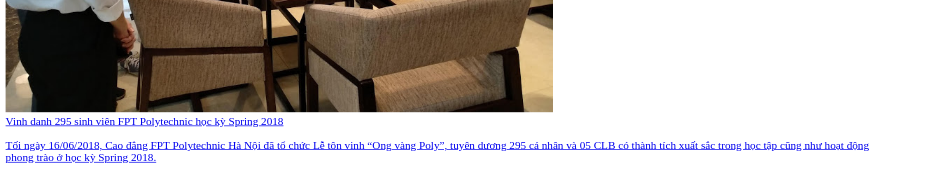
Repository: manhkkkk/assigntment
Page: index.html
An editor plug-in stored every save of this project. The page is shown before and after the next save, followed by the edit.
The browser window is 1280 px wide. The page is 1359 px wide, so the pictures cover 1359 px, including what lies to the right of the window. The pictures show the part of the page from y = 2565 to 4405 px (the page is 2816 px tall before and 4470 px after), at 70% of full size.

Above is the page before, as saved 2022-01-10 08:22:51.

### index.html
<!DOCTYPE html>
<html lang="en">
    <head>
        <meta charset="UTF-8" />
        <link rel="icon" type="image/svg+xml" href="favicon.svg" />
        <meta http-equiv="X-UA-Compatible" content="IE=edge" />
        <meta name="viewport" content="width=device-width, initial-scale=1.0" />
        <link rel="stylesheet" href="./style.css" />
        <title>Document</title>
    </head>
    <body>
        <header>
            <div class="container mx-auto px-4">
                <div class="bg-blue-900 mx-auto">
                    <img
                        src="./image/logo.png"
                        alt="website logo"
                        class="w-80 h-auto mx-auto"
                    />
                </div>
                <nav
                    class="flex justify-between items-center bg-orange-600 px-3 py-3"
                >
                    <ul
                        class="flex flex-row w-full justify-center items-center"
                        red
                        transitiongreen
                        duration-600
                        ease-in
                    >
                        <li
                            class="mx-12 text-white not-italic font-normal text-lg hover:text-green-500 transition duration-600 ease-in"
                        >
                            <a href="">Trang Chủ</a>
                        </li>
                        <li
                            class="mx-12 text-white not-italic font-normal text-lg hover:text-green-500 transition duration-600 ease-in"
                        >
                            <a href="">Tuyển Sinh</a>
                        </li>
                        <li
                            class="mx-12 text-white not-italic font-normal text-lg hover:text-green-500 transition duration-600 ease-in"
                        >
                            <a href="">Chương Trình Đào Tạo</a>
                        </li>
                        <li
                            class="mx-12 text-white not-italic font-normal text-lg hover:text-green-500 transition duration-600 ease-in"
                        >
                            <a href="">Góc Tuyển Sinh</a>
                        </li>
                        <li
                            class="mx-12 text-white not-italic font-normal text-lg hover:text-green-500 transition duration-600 ease-in"
                        >
                            <a href="">Tuyển Dụng</a>
                        </li>
                    </ul>
                    <div class="flex right-3">
                        <div>
                            <input
                                class="py-1 border-none px-2"
                                type="text"
                                placeholder="Search.."
                            />
                        </div>
                        <div class="pl-5">
                            <button
                                class="bg-blue-900 py-1 px-3 border-solid border border-white-900 text-white hover:bg-green-500 transition duration-600 ease-in"
                                type="submit"
                            >
                                Submit
                            </button>
                        </div>
                    </div>
                </nav>
                <div
                    class="w-full h-auto pt-4 bg-cover bg-center overflow-hidden"
                >
                    <img
                        class="mySlides w-full h-auto bg-cover bg-center relative"
                        src="./image/Banner1.png"
                    />
                    <img
                        class="mySlides w-full h-auto bg-cover bg-center relative"
                        src="./image/Banner2.png"
                    />
                </div>
            </div>
        </header>
        <section>
            <div class="container mx-auto px-4">
                <div class="py-5">
                    <span class="text-2xl font-bold text-blue-900"
                        >TIN TỨC HỌC TẬP</span
                    >
                </div>
                <div class="grid gap-4 grid-cols-3 grid-rows-3">
                    <article class="border border-sky-500 p-7">
                        <div>
                            <a href=""
                                ><img
                                    src="./image/im-3.png"
                                    class="w-full p-2 transform hover: transition duration-500 hover:scale-[1.1] overflow-hidden"
                            /></a>
                        </div>
                        <div>
                            <div class="py-3">
                                <span
                                    class="text-xl font-bold text-red-900 hover:text-green-500 transition duration-600 ease-in"
                                    ><a href="#">
                                        Vinh danh 295 sinh viên FPT Polytechnic
                                        học kỳ Spring 2018
                                    </a>
                                </span>
                            </div>
                            <p
                                class="text-justify not-italic text-base hover:text-green-500 transition duration-600 ease-in"
                            >
                                <a href="#">
                                    Tối ngày 16/06/2018, Cao đẳng FPT
                                    Polytechnic Hà Nội đã tổ chức Lễ tôn vinh
                                    “Ong vàng Poly”, tuyên dương 295 cá nhân và
                                    05 CLB có thành tích xuất sắc trong học tập
                                    cũng như hoạt động phong trào ở học kỳ
                                    Spring 2018.
                                </a>
                            </p>
                        </div>
                    </article>
                    <article class="border border-sky-500 p-7">
                        <div>
                            <a href=""
                                ><img
                                    src="./image/im-1.png"
                                    class="w-full p-2 transform hover: transition duration-500 hover:scale-[1.1] overflow-hidden"
                            /></a>
                        </div>
                        <div>
                            <div class="py-3">
                                <span
                                    class="text-xl font-bold text-red-900 hover:text-green-500 transition duration-600 ease-in"
                                    ><a href="#">
                                        Vinh danh 295 sinh viên FPT Polytechnic
                                        học kỳ Spring 2018
                                    </a>
                                </span>
                            </div>
                            <p
                                class="text-justify not-italic text-base hover:text-green-500 transition duration-600 ease-in"
                            >
                                <a href="#">
                                    Tối ngày 16/06/2018, Cao đẳng FPT
                                    Polytechnic Hà Nội đã tổ chức Lễ tôn vinh
                                    “Ong vàng Poly”, tuyên dương 295 cá nhân và
                                    05 CLB có thành tích xuất sắc trong học tập
                                    cũng như hoạt động phong trào ở học kỳ
                                    Spring 2018.
                                </a>
                            </p>
                        </div>
                    </article>

                    <article class="border border-sky-500 p-7">
                        <div>
                            <a href=""
                                ><img
                                    src="./image/im-3.png"
                                    class="w-full p-2 transform hover: transition duration-500 hover:scale-[1.1] overflow-hidden"
                            /></a>
                        </div>
                        <div>
                            <div class="py-3">
                                <span
                                    class="text-xl font-bold text-red-900 hover:text-green-500 transition duration-600 ease-in"
                                    ><a href="#">
                                        Vinh danh 295 sinh viên FPT Polytechnic
                                        học kỳ Spring 2018
                                    </a>
                                </span>
                            </div>
                            <p
                                class="text-justify not-italic text-base hover:text-green-500 transition duration-600 ease-in"
                            >
                                <a href="#">
                                    Tối ngày 16/06/2018, Cao đẳng FPT
                                    Polytechnic Hà Nội đã tổ chức Lễ tôn vinh
                                    “Ong vàng Poly”, tuyên dương 295 cá nhân và
                                    05 CLB có thành tích xuất sắc trong học tập
                                    cũng như hoạt động phong trào ở học kỳ
                                    Spring 2018.
                                </a>
                            </p>
                        </div>
                    </article>
                </div>
                <div>
                    <article></article>
                    <article></article>
                    <article></article>
                </div>
            </div>
        </section>
        <script type="module" src="./src/main.js"></script>
    </body>
</html>

### style.css
@tailwind base;
@tailwind components;
@tailwind utilities;
.mySlides {
    position: relative;
    animation: animateright 0.4s;
}
@keyframes animateright {
    from {
        right: -300px;
        opacity: 0;
    }
    to {
        right: 0;
        opacity: 1;
    }
}

### src/main.js
var myIndex = 0;
carousel();

function carousel() {
  var i;
  var x = document.getElementsByClassName("mySlides");
  for (i = 0; i < x.length; i++) {
    x[i].style.display = "none";
  }
  myIndex++;
  if (myIndex > x.length) {myIndex = 1}
  x[myIndex-1].style.display = "block";
  setTimeout(carousel, 3000);
}

After the next save:
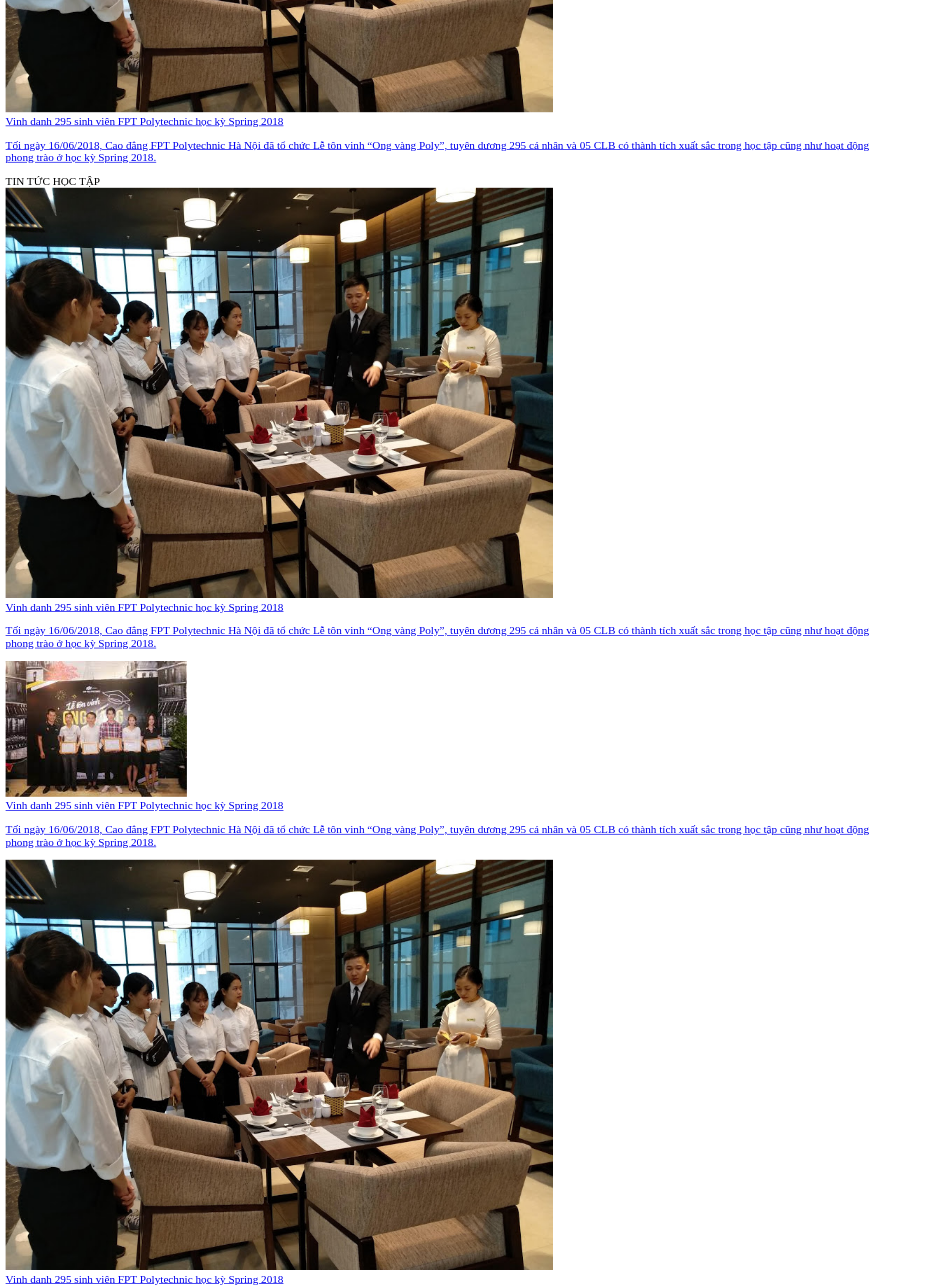
Saved 77 s later.
--- a/index.html
+++ b/index.html
@@ -192,10 +192,109 @@
                         </div>
                     </article>
                 </div>
-                <div>
-                    <article></article>
-                    <article></article>
-                    <article></article>
+                <div class="py-5">
+                    <span class="text-2xl font-bold text-blue-900"
+                        >TIN TỨC HỌC TẬP</span
+                    >
+                </div>
+                <div class="grid gap-4 grid-cols-3 grid-rows-3">
+                    <article class="border border-sky-500 p-7">
+                        <div>
+                            <a href=""
+                                ><img
+                                    src="./image/im-3.png"
+                                    class="w-full p-2 transform hover: transition duration-500 hover:scale-[1.1] overflow-hidden"
+                            /></a>
+                        </div>
+                        <div>
+                            <div class="py-3">
+                                <span
+                                    class="text-xl font-bold text-red-900 hover:text-green-500 transition duration-600 ease-in"
+                                    ><a href="#">
+                                        Vinh danh 295 sinh viên FPT Polytechnic
+                                        học kỳ Spring 2018
+                                    </a>
+                                </span>
+                            </div>
+                            <p
+                                class="text-justify not-italic text-base hover:text-green-500 transition duration-600 ease-in"
+                            >
+                                <a href="#">
+                                    Tối ngày 16/06/2018, Cao đẳng FPT
+                                    Polytechnic Hà Nội đã tổ chức Lễ tôn vinh
+                                    “Ong vàng Poly”, tuyên dương 295 cá nhân và
+                                    05 CLB có thành tích xuất sắc trong học tập
+                                    cũng như hoạt động phong trào ở học kỳ
+                                    Spring 2018.
+                                </a>
+                            </p>
+                        </div>
+                    </article>
+                    <article class="border border-sky-500 p-7">
+                        <div>
+                            <a href=""
+                                ><img
+                                    src="./image/im-1.png"
+                                    class="w-full p-2 transform hover: transition duration-500 hover:scale-[1.1] overflow-hidden"
+                            /></a>
+                        </div>
+                        <div>
+                            <div class="py-3">
+                                <span
+                                    class="text-xl font-bold text-red-900 hover:text-green-500 transition duration-600 ease-in"
+                                    ><a href="#">
+                                        Vinh danh 295 sinh viên FPT Polytechnic
+                                        học kỳ Spring 2018
+                                    </a>
+                                </span>
+                            </div>
+                            <p
+                                class="text-justify not-italic text-base hover:text-green-500 transition duration-600 ease-in"
+                            >
+                                <a href="#">
+                                    Tối ngày 16/06/2018, Cao đẳng FPT
+                                    Polytechnic Hà Nội đã tổ chức Lễ tôn vinh
+                                    “Ong vàng Poly”, tuyên dương 295 cá nhân và
+                                    05 CLB có thành tích xuất sắc trong học tập
+                                    cũng như hoạt động phong trào ở học kỳ
+                                    Spring 2018.
+                                </a>
+                            </p>
+                        </div>
+                    </article>
+
+                    <article class="border border-sky-500 p-7">
+                        <div>
+                            <a href=""
+                                ><img
+                                    src="./image/im-3.png"
+                                    class="w-full p-2 transform hover: transition duration-500 hover:scale-[1.1] overflow-hidden"
+                            /></a>
+                        </div>
+                        <div>
+                            <div class="py-3">
+                                <span
+                                    class="text-xl font-bold text-red-900 hover:text-green-500 transition duration-600 ease-in"
+                                    ><a href="#">
+                                        Vinh danh 295 sinh viên FPT Polytechnic
+                                        học kỳ Spring 2018
+                                    </a>
+                                </span>
+                            </div>
+                            <p
+                                class="text-justify not-italic text-base hover:text-green-500 transition duration-600 ease-in"
+                            >
+                                <a href="#">
+                                    Tối ngày 16/06/2018, Cao đẳng FPT
+                                    Polytechnic Hà Nội đã tổ chức Lễ tôn vinh
+                                    “Ong vàng Poly”, tuyên dương 295 cá nhân và
+                                    05 CLB có thành tích xuất sắc trong học tập
+                                    cũng như hoạt động phong trào ở học kỳ
+                                    Spring 2018.
+                                </a>
+                            </p>
+                        </div>
+                    </article>
                 </div>
             </div>
         </section>

After the save that followed:
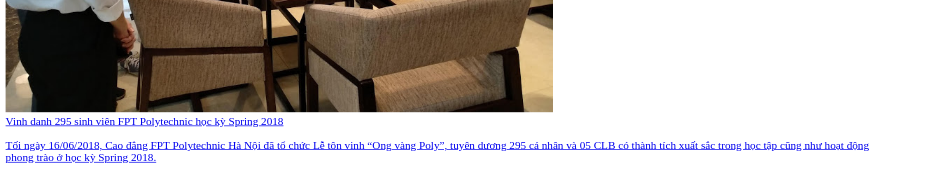
Saved 11 s later.
--- a/index.html
+++ b/index.html
@@ -192,110 +192,6 @@
                         </div>
                     </article>
                 </div>
-                <div class="py-5">
-                    <span class="text-2xl font-bold text-blue-900"
-                        >TIN TỨC HỌC TẬP</span
-                    >
-                </div>
-                <div class="grid gap-4 grid-cols-3 grid-rows-3">
-                    <article class="border border-sky-500 p-7">
-                        <div>
-                            <a href=""
-                                ><img
-                                    src="./image/im-3.png"
-                                    class="w-full p-2 transform hover: transition duration-500 hover:scale-[1.1] overflow-hidden"
-                            /></a>
-                        </div>
-                        <div>
-                            <div class="py-3">
-                                <span
-                                    class="text-xl font-bold text-red-900 hover:text-green-500 transition duration-600 ease-in"
-                                    ><a href="#">
-                                        Vinh danh 295 sinh viên FPT Polytechnic
-                                        học kỳ Spring 2018
-                                    </a>
-                                </span>
-                            </div>
-                            <p
-                                class="text-justify not-italic text-base hover:text-green-500 transition duration-600 ease-in"
-                            >
-                                <a href="#">
-                                    Tối ngày 16/06/2018, Cao đẳng FPT
-                                    Polytechnic Hà Nội đã tổ chức Lễ tôn vinh
-                                    “Ong vàng Poly”, tuyên dương 295 cá nhân và
-                                    05 CLB có thành tích xuất sắc trong học tập
-                                    cũng như hoạt động phong trào ở học kỳ
-                                    Spring 2018.
-                                </a>
-                            </p>
-                        </div>
-                    </article>
-                    <article class="border border-sky-500 p-7">
-                        <div>
-                            <a href=""
-                                ><img
-                                    src="./image/im-1.png"
-                                    class="w-full p-2 transform hover: transition duration-500 hover:scale-[1.1] overflow-hidden"
-                            /></a>
-                        </div>
-                        <div>
-                            <div class="py-3">
-                                <span
-                                    class="text-xl font-bold text-red-900 hover:text-green-500 transition duration-600 ease-in"
-                                    ><a href="#">
-                                        Vinh danh 295 sinh viên FPT Polytechnic
-                                        học kỳ Spring 2018
-                                    </a>
-                                </span>
-                            </div>
-                            <p
-                                class="text-justify not-italic text-base hover:text-green-500 transition duration-600 ease-in"
-                            >
-                                <a href="#">
-                                    Tối ngày 16/06/2018, Cao đẳng FPT
-                                    Polytechnic Hà Nội đã tổ chức Lễ tôn vinh
-                                    “Ong vàng Poly”, tuyên dương 295 cá nhân và
-                                    05 CLB có thành tích xuất sắc trong học tập
-                                    cũng như hoạt động phong trào ở học kỳ
-                                    Spring 2018.
-                                </a>
-                            </p>
-                        </div>
-                    </article>
-
-                    <article class="border border-sky-500 p-7">
-                        <div>
-                            <a href=""
-                                ><img
-                                    src="./image/im-3.png"
-                                    class="w-full p-2 transform hover: transition duration-500 hover:scale-[1.1] overflow-hidden"
-                            /></a>
-                        </div>
-                        <div>
-                            <div class="py-3">
-                                <span
-                                    class="text-xl font-bold text-red-900 hover:text-green-500 transition duration-600 ease-in"
-                                    ><a href="#">
-                                        Vinh danh 295 sinh viên FPT Polytechnic
-                                        học kỳ Spring 2018
-                                    </a>
-                                </span>
-                            </div>
-                            <p
-                                class="text-justify not-italic text-base hover:text-green-500 transition duration-600 ease-in"
-                            >
-                                <a href="#">
-                                    Tối ngày 16/06/2018, Cao đẳng FPT
-                                    Polytechnic Hà Nội đã tổ chức Lễ tôn vinh
-                                    “Ong vàng Poly”, tuyên dương 295 cá nhân và
-                                    05 CLB có thành tích xuất sắc trong học tập
-                                    cũng như hoạt động phong trào ở học kỳ
-                                    Spring 2018.
-                                </a>
-                            </p>
-                        </div>
-                    </article>
-                </div>
             </div>
         </section>
         <script type="module" src="./src/main.js"></script>
